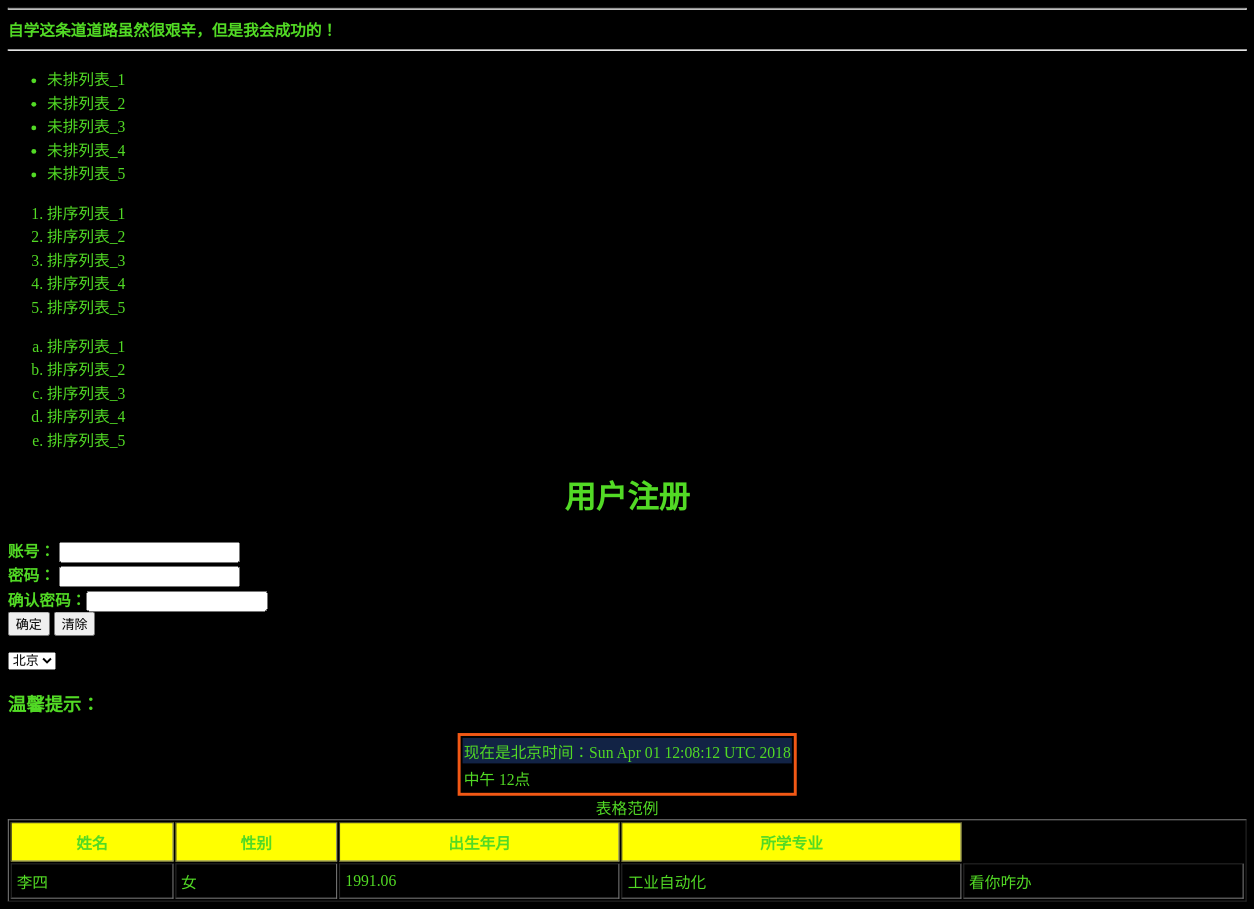
Repository: Coder-YJ/Java
Page: http://localhost/JspTest/test.jsp
These files come from the project's save history. The page is drawn as it stood at one moment and after the next save; the edit follows.
The browser window is 1280 px wide. The pictures show the whole page, at 98% of full size.
The page is served by Tomcat 9.

Above is the page before, as saved 2018-04-01 13:09:09.

After the next save:
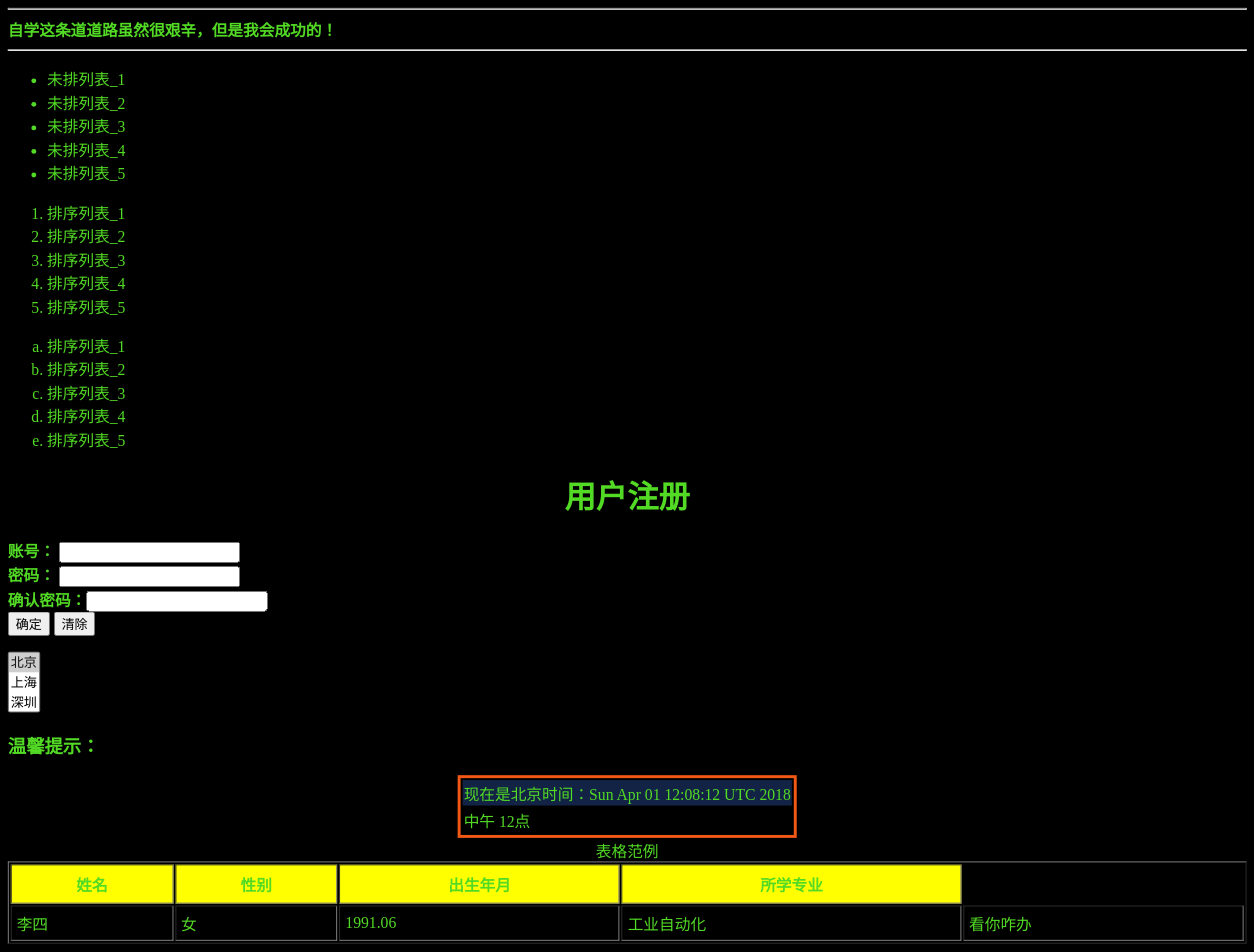
Saved 23 s later.
--- a/MyEclipse10/JspTest/WebRoot/test.jsp
+++ b/MyEclipse10/JspTest/WebRoot/test.jsp
@@ -42,7 +42,7 @@
 		<input type="submit" value="确定">
 		<input type="reset" value="清除">
 	</form>
-	<select name="city_list" size="1">
+	<select name="city_list" size="3">
 		<option value="beijing" selected>北京</option>
 		<option value="shanghai">上海</option>
 		<option value="shenzhen">深圳</option>

After the save that followed:
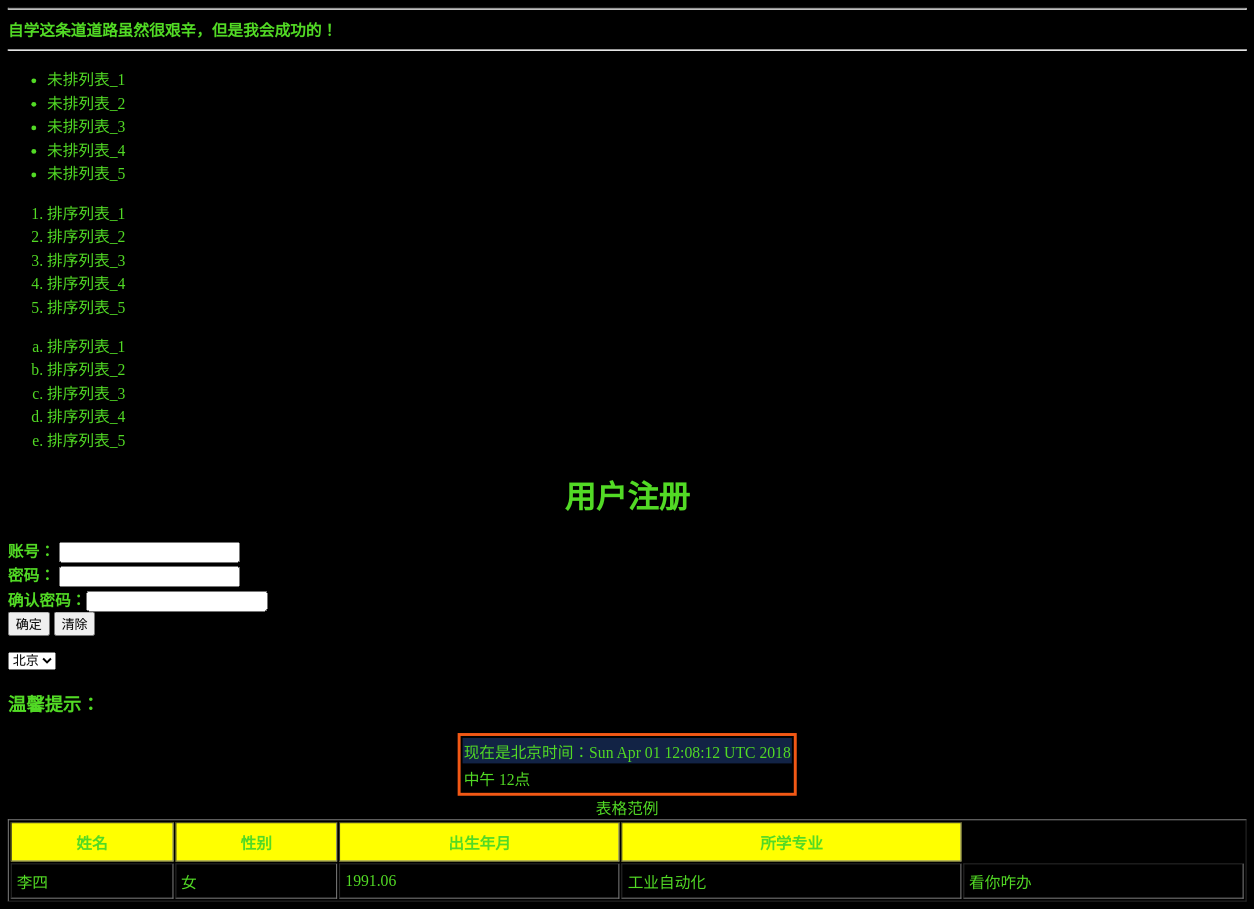
Saved 13 s later.
--- a/MyEclipse10/JspTest/WebRoot/test.jsp
+++ b/MyEclipse10/JspTest/WebRoot/test.jsp
@@ -42,7 +42,7 @@
 		<input type="submit" value="确定">
 		<input type="reset" value="清除">
 	</form>
-	<select name="city_list" size="3">
+	<select name="city_list" size="1">
 		<option value="beijing" selected>北京</option>
 		<option value="shanghai">上海</option>
 		<option value="shenzhen">深圳</option>
